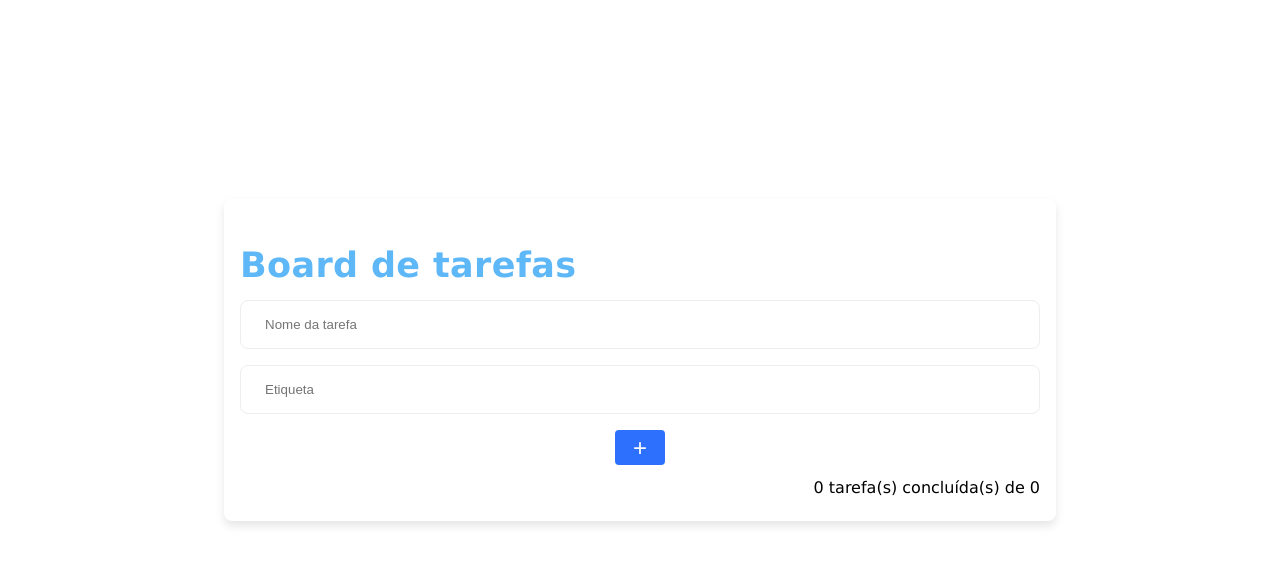
Repository: elasoares/RID187500_Desafio3
Page: index.html
These files come from the project's save history. The page is drawn as it stood at one moment and after the next save; the edit follows.
The browser window is 1280 px wide. The pictures show the whole page.

Above is the page before, as saved 2024-12-03 19:25:39.

After the next save:
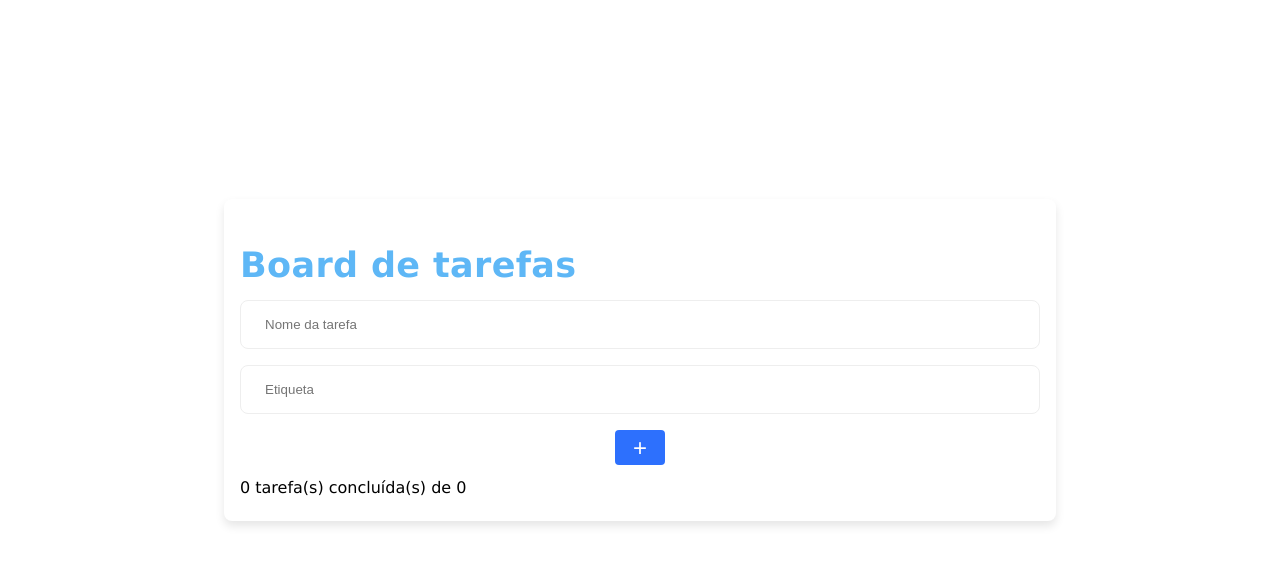
Saved 13 s later.
--- a/style.css
+++ b/style.css
@@ -236,7 +236,7 @@
 footer {
     width: 100%;
     display: flex;
-    flex-direction: row-reverse;
+    /* flex-direction: row-reverse; */
     font-size: 1.6rem;
     align-items: center;
 }

After the save that followed:
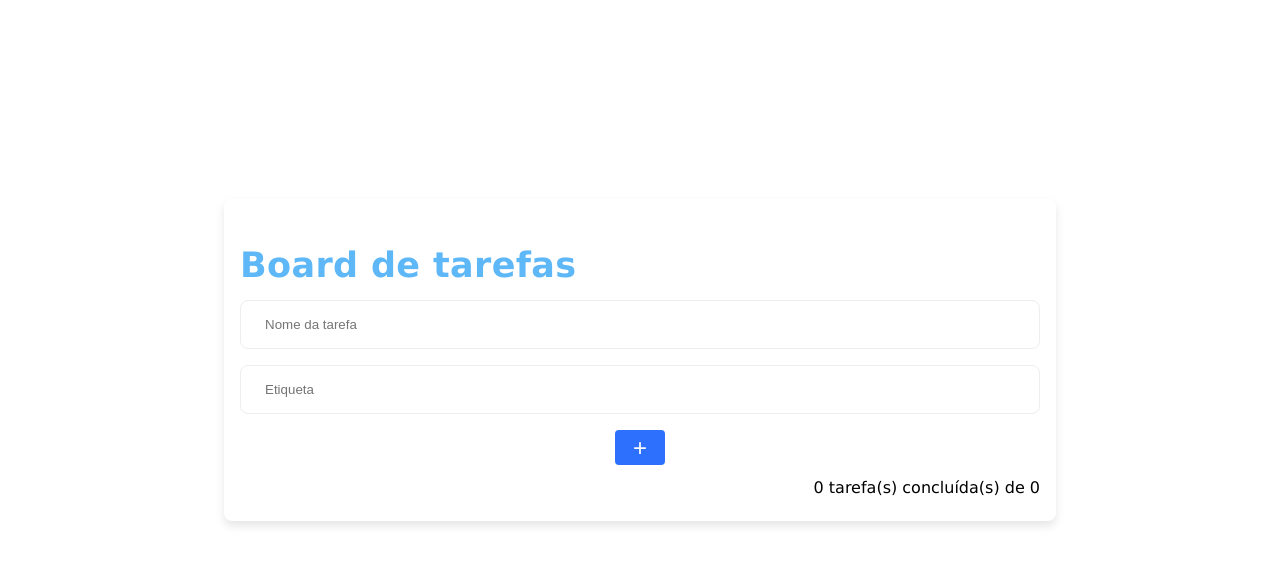
Saved 8 s later.
--- a/style.css
+++ b/style.css
@@ -237,6 +237,7 @@
     width: 100%;
     display: flex;
     /* flex-direction: row-reverse; */
+    justify-content: flex-end;
     font-size: 1.6rem;
     align-items: center;
 }
